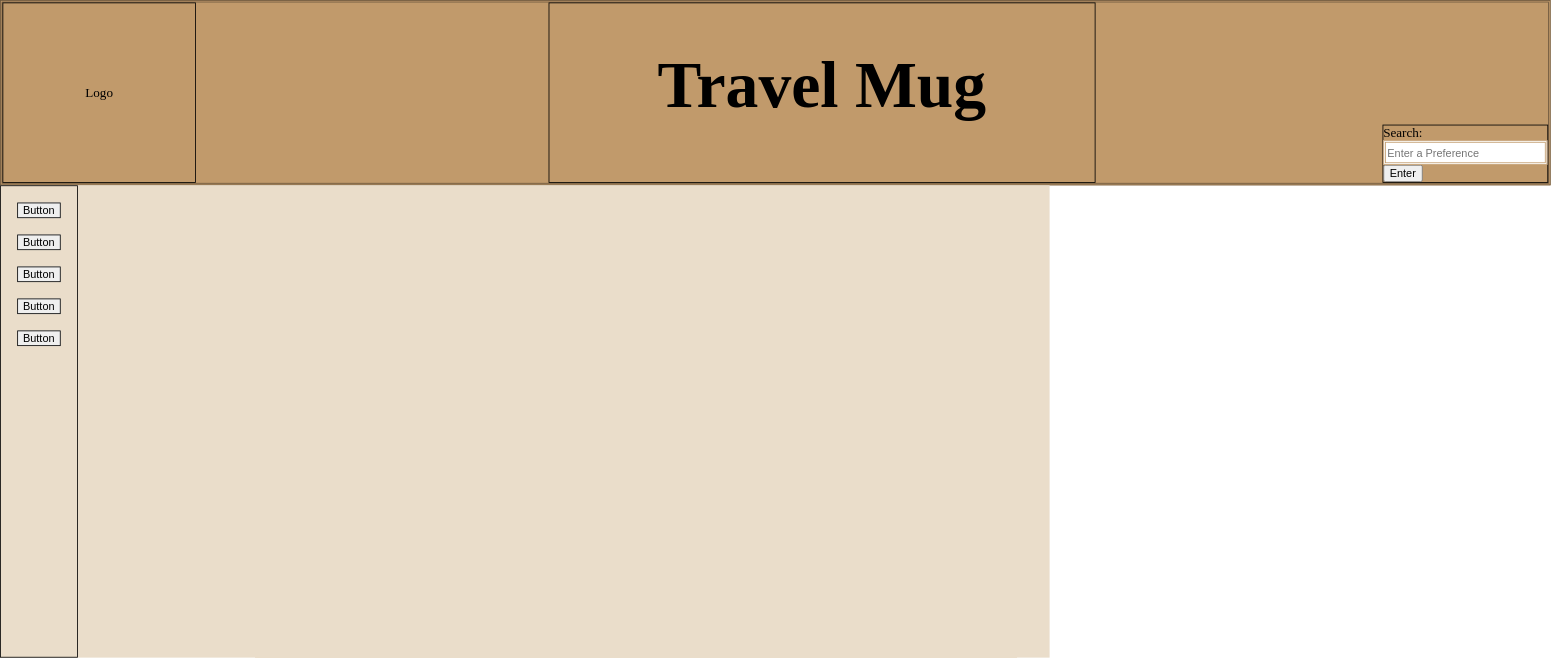
Repository: joshliu14/Travel-Mug
Page: /
An editor plug-in stored every save of this project. The page is shown before and after the next save, followed by the edit.
The browser window is 1280 px wide. The page is 1891 px wide, so the pictures cover 1891 px, including what lies to the right of the window. The pictures show the whole page, at 82% of full size.
The project was rebuilt for these pictures with package versions that can differ from the ones it lists, and the page was loaded fresh each time.

Above is the page before, as saved 2024-01-03 00:31:26.

After the next save:
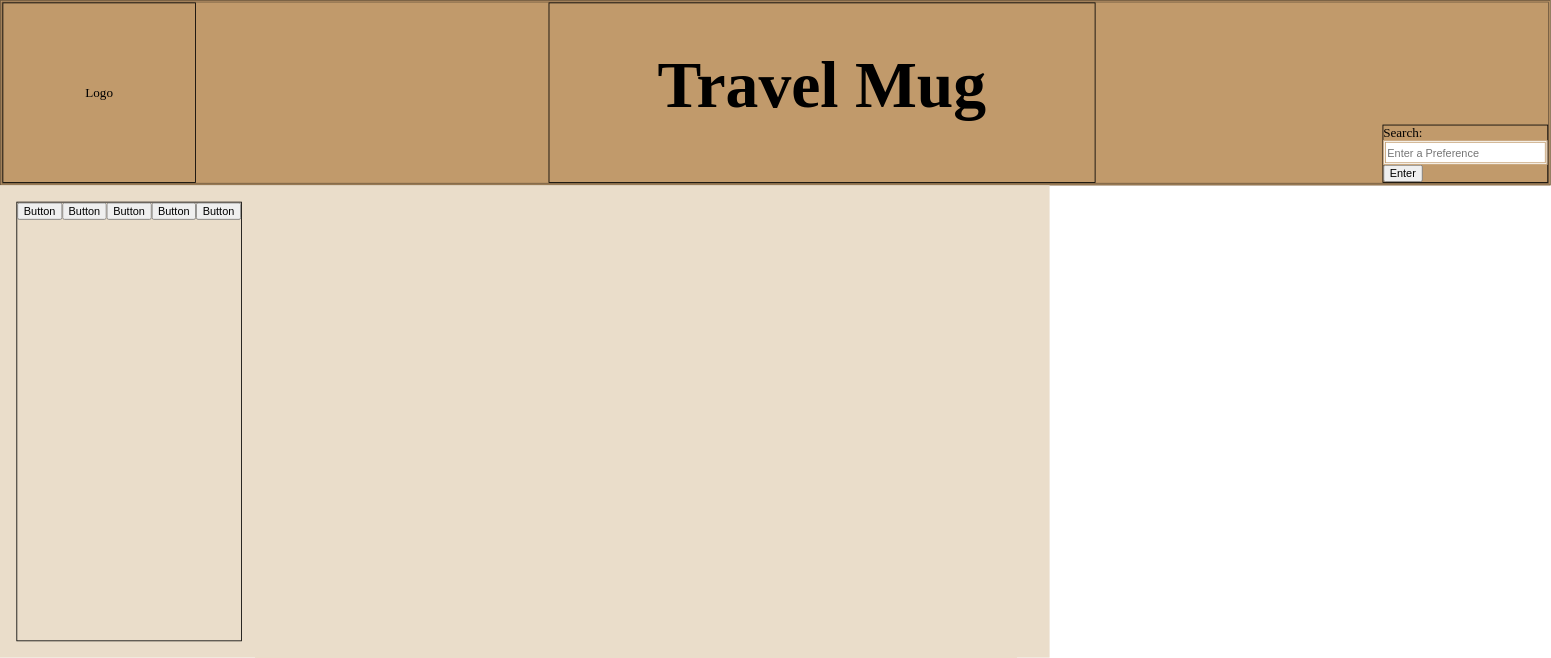
Saved 59 s later.
--- a/src/Home.css
+++ b/src/Home.css
@@ -61,13 +61,13 @@
   border-style: double;
 }
 
-.filter {
+.filter-container {
   margin-left: 0px;
   margin-right: 0px;
   border: 1px solid black;
 }
 
-.filter button {
+.filter {
   display: block;
   margin: 20px;
   border: 1px solid black;
